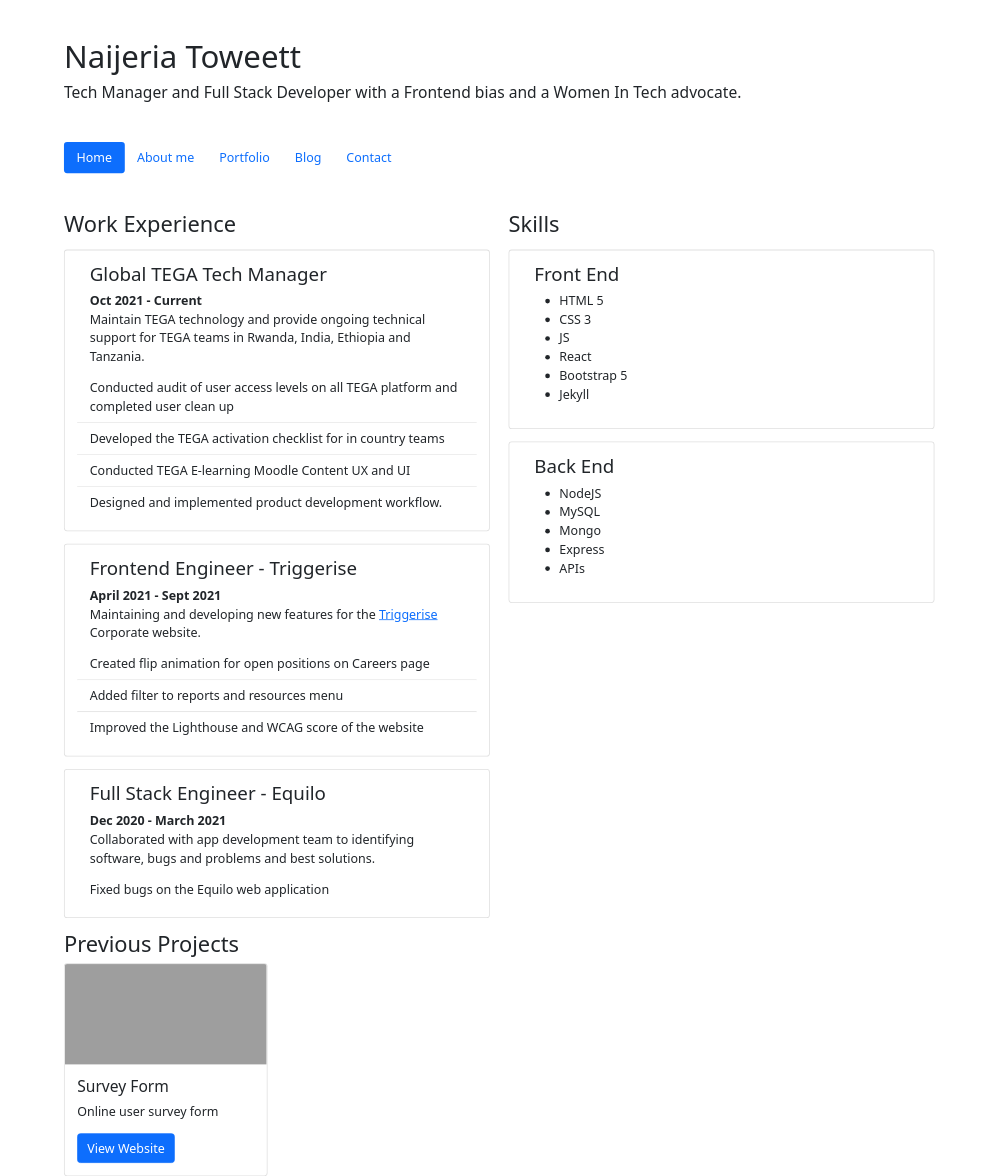
Repository: mamatechafrica/portfolio
Page: index.html
An editor plug-in stored every save of this project. The page is shown before and after the next save, followed by the edit.
The browser window is 1280 px wide. The pictures show the whole page, at 78% of full size.
Pictures or frames that could not be fetched are drawn as grey boxes.

Above is the page before, as saved 2022-01-04 19:18:50.

After the next save:
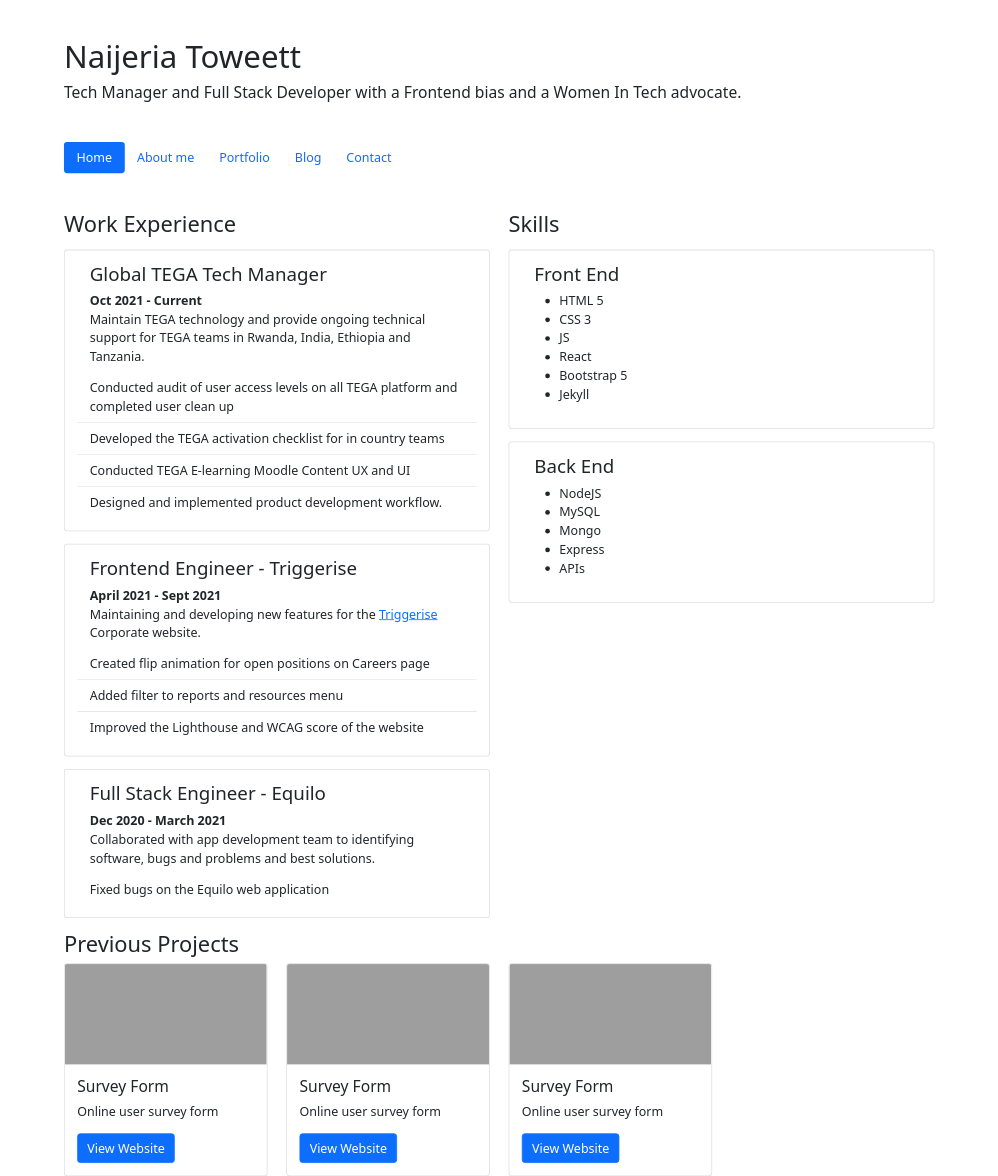
Saved 14 s later.
--- a/index.html
+++ b/index.html
@@ -141,6 +141,26 @@
                         </div>
                     </div>
                 </div>
+                <div class="col-lg-3">
+                    <div class="card m-b-3">
+                        <img src="https://picsum.photos/400/200" alt="Survey Form" class="card-img-top">
+                        <div class="card-body">
+                            <h5 class="card-title">Survey Form</h5>
+                            <p class="card-text">Online user survey form</p>
+                            <div class="btn btn-primary">View Website</div>
+                        </div>
+                    </div>
+                </div>
+                <div class="col-lg-3">
+                    <div class="card m-b-3">
+                        <img src="https://picsum.photos/400/200" alt="Survey Form" class="card-img-top">
+                        <div class="card-body">
+                            <h5 class="card-title">Survey Form</h5>
+                            <p class="card-text">Online user survey form</p>
+                            <div class="btn btn-primary">View Website</div>
+                        </div>
+                    </div>
+                </div>
             </div>
         </div>
 
